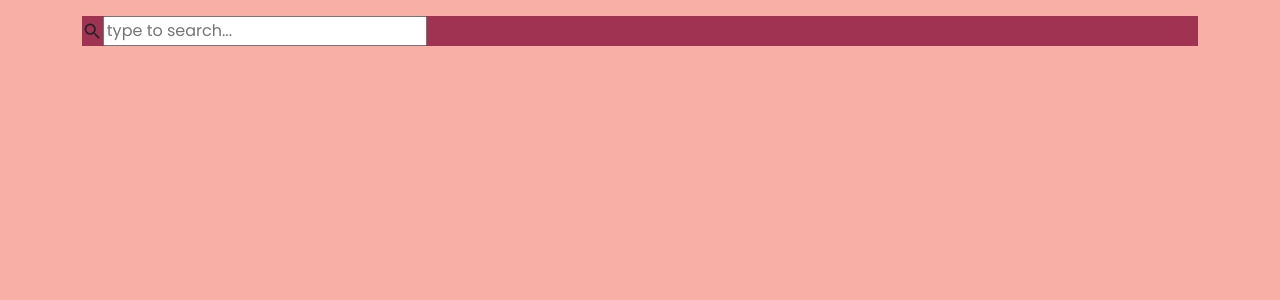
Repository: DeraBola/user-app
Page: /
The author's editor kept a copy of each file at every save. The page is drawn from the files as they stood at one save, then again after the next save.
The browser window is 1280 px wide. The pictures show the whole page.
The page's requests for data from a server got no answer. The project was rebuilt for these pictures with package versions that can differ from the ones it lists, and the page was loaded fresh each time. No one was signed in, and anything a server would have sent is missing.

Above is the page before, as saved 2022-08-09 21:27:40.

After the next save:
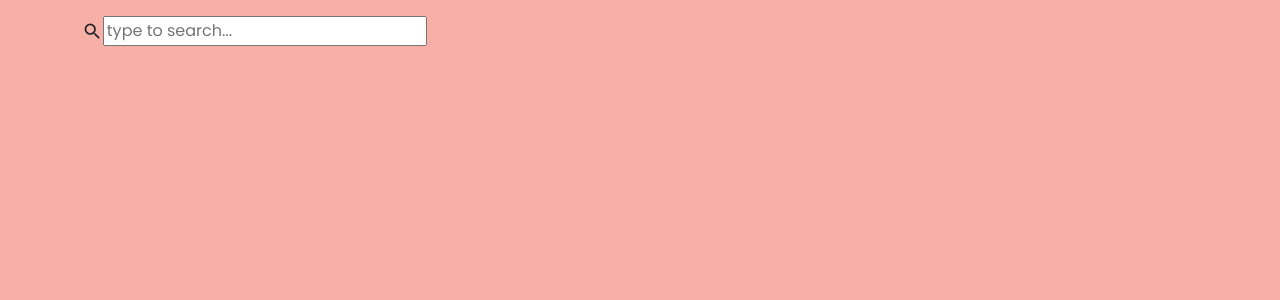
Saved 69 s later.
--- a/src/App.css
+++ b/src/App.css
@@ -44,5 +44,5 @@
         .search {
             display: flex;
             align-items: center;
-            background-color: #a03351;
+            background-color: ;
         }
